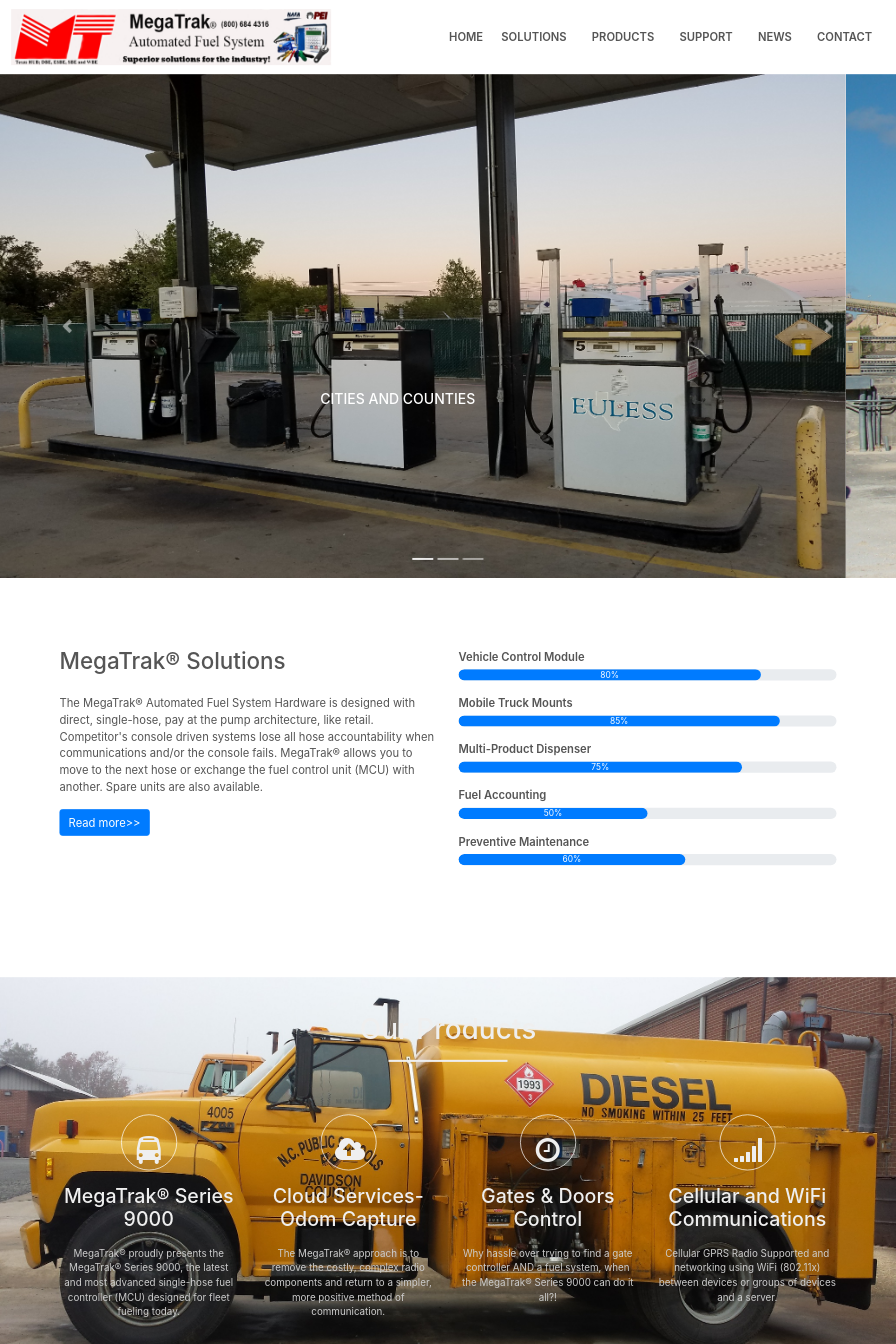
Repository: navegantemx/MegaTrak-Milestone-Project
Page: index.html
The author's editor kept a record of every edit. The page is drawn from the files as they stood at one moment, then again after the next edit.
The browser window is 1280 px wide. The pictures show the part of the page from y = 0 to 1920 px (the page is 4473 px tall), at 70% of full size.
Backgrounds fixed to the window are drawn as part of the page.

Above is the page before.

After the next edit:
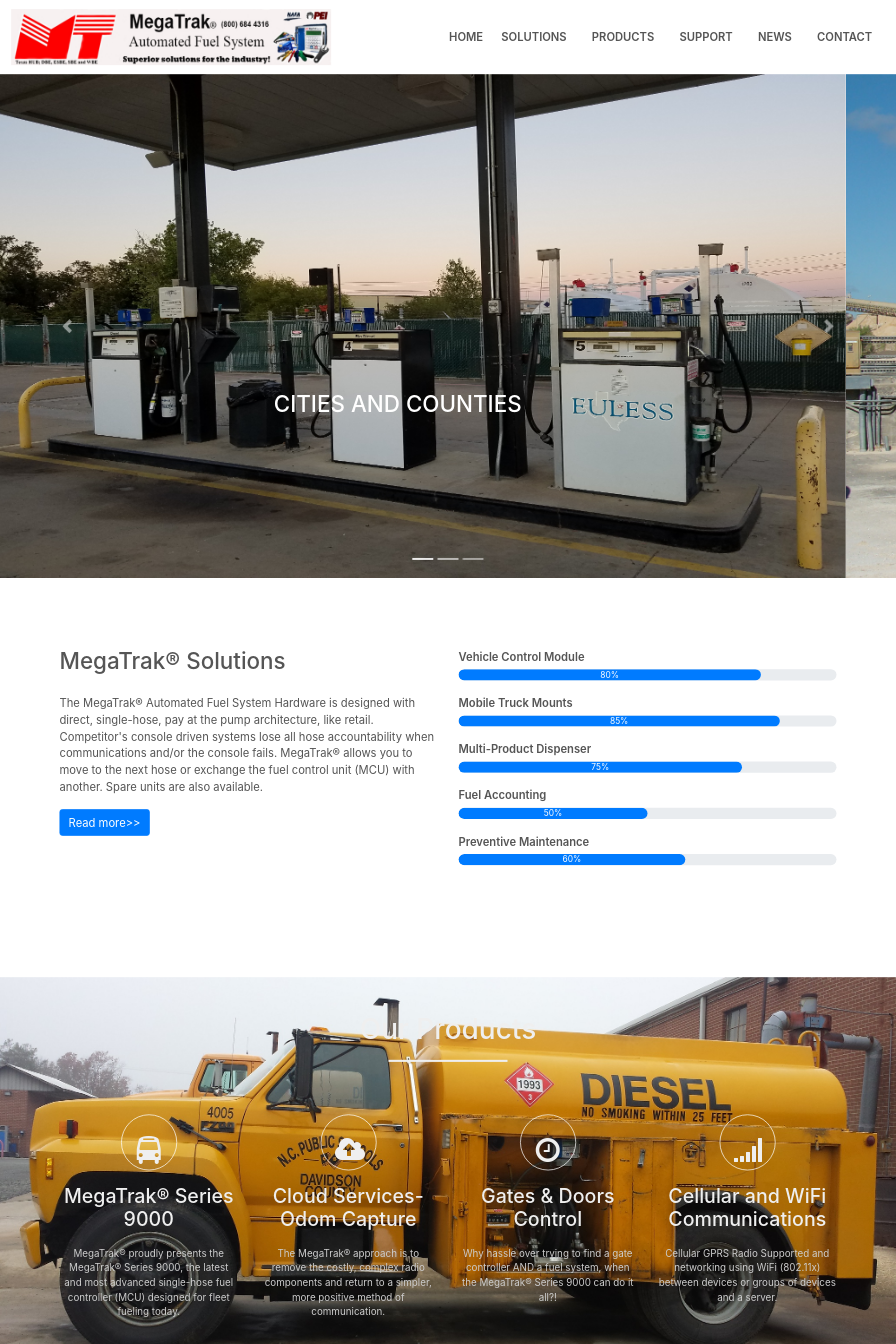
The edit:
--- a/index.html
+++ b/index.html
@@ -65,7 +65,7 @@
                 <div class="carousel-item active">
                     <img class="d-block img-fluid" src="assets/images/banner1.jpg">
                     <div class="carousel-caption">
-                        <h5>CITIES AND COUNTIES</h5>
+                        <h5 class="responsive-title">CITIES AND COUNTIES</h5>
                     </div>
                 </div>
                 <div class="carousel-item">
